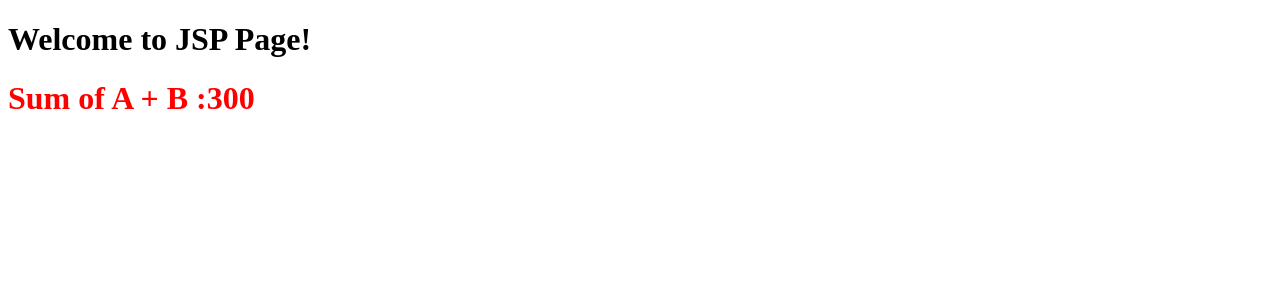
Repository: mansistic-0n3/Java_IGT
Page: http://localhost/JSP/JSPbasic.jsp
These files come from the project's save history. The page is drawn as it stood at one moment and after the next save; the edit follows.
The browser window is 1280 px wide. The pictures show the whole page.
The page is served by Tomcat 9. Other server files are loaded and not shown.

Above is the page before, as saved 2023-06-30 09:40:04.

### Java Project/JSP/src/main/webapp/JSPbasic.jsp
<%@ page language="java" contentType="text/html; charset=ISO-8859-1"
    pageEncoding="ISO-8859-1"%>
<!DOCTYPE html>
<html>
<head>
<meta charset="ISO-8859-1">
<title>Insert title here</title>
</head>
<body>
<h1>Welcome to JSP Page!</h1>
<%!
	int a =100;
	int b =200;
%>
<%int c =a+b; %>
<h1 style="color:red">Sum of A + B :<%= c %></h1>

</body>
</html>

After the next save:
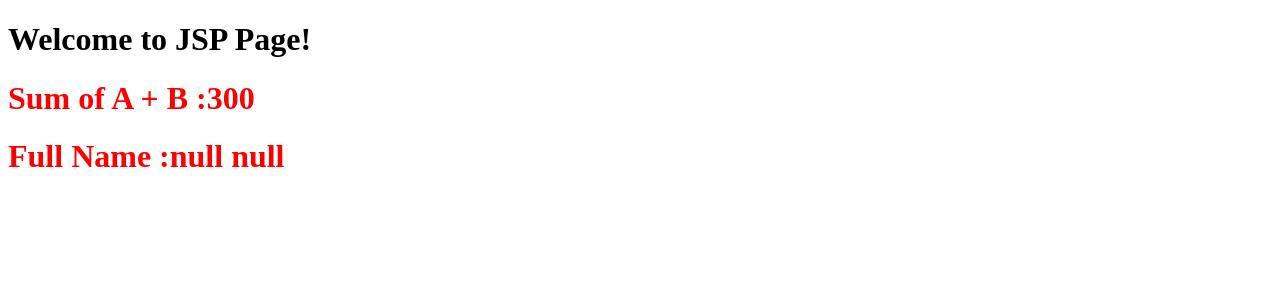
Saved 2 min 37 s later.
--- a/Java Project/JSP/src/main/webapp/JSPbasic.jsp
+++ b/Java Project/JSP/src/main/webapp/JSPbasic.jsp
@@ -11,9 +11,17 @@
 <%!
 	int a =100;
 	int b =200;
+	String f;
+	String l;
+	String name;
 %>
-<%int c =a+b; %>
+<%
+int c =a+b;
+f=request.getParameter("fname");
+l=request.getParameter("lname");
+name = f+" "+l;
+%>
 <h1 style="color:red">Sum of A + B :<%= c %></h1>
-
+	<h1 style="color:red">Full Name :<%= name %></h1>
 </body>
 </html>
